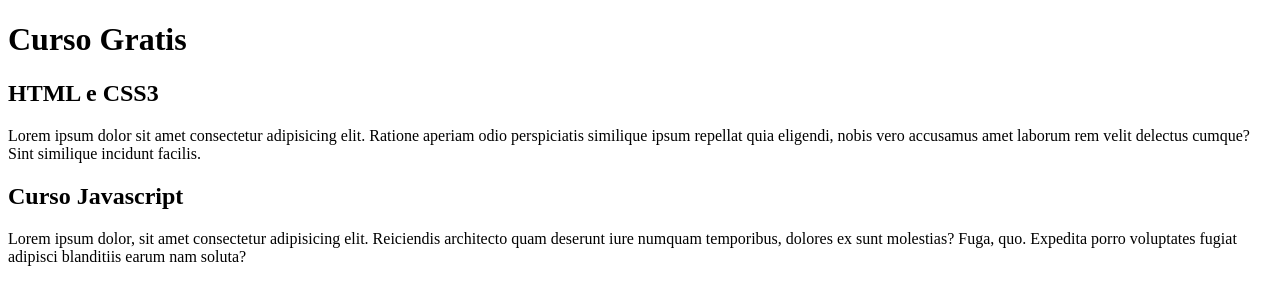
Repository: robertacristinaabreu01/projeto-siteGitHub
Page: index.html
An editor plug-in stored every save of this project. The page is shown before and after a run of saves, followed by the edit.
The browser window is 1280 px wide. The pictures show the whole page.

Above is the page before, as saved 2021-01-23 21:40:30.

### index.html
<!DOCTYPE html>
<html lang="pt-br">

<head>
    <meta charset="UTF-8">
    <meta name="viewport" content="width=device-width, initial-scale=1.0">
    <title>Titulo do Site</title>
</head>

<body>
    <main>
        <header>
            <h1>Curso Gratis</h1>
        </header>
        <article>
            <h1>HTML e CSS3</h1>
            <p>Lorem ipsum dolor sit amet consectetur adipisicing elit. Ratione aperiam odio perspiciatis similique ipsum repellat quia eligendi, nobis vero accusamus amet laborum rem velit delectus cumque? Sint similique incidunt facilis.</p>
        </article>
        <article>
            <h1>Curso Javascript</h1>
            <p>Lorem ipsum dolor, sit amet consectetur adipisicing elit. Reiciendis architecto quam deserunt iure numquam temporibus, dolores ex sunt molestias? Fuga, quo. Expedita porro voluptates fugiat adipisci blanditiis earum nam soluta?</p>
        </article>
    </main>
</body>

</html>

After the next 4 saves:
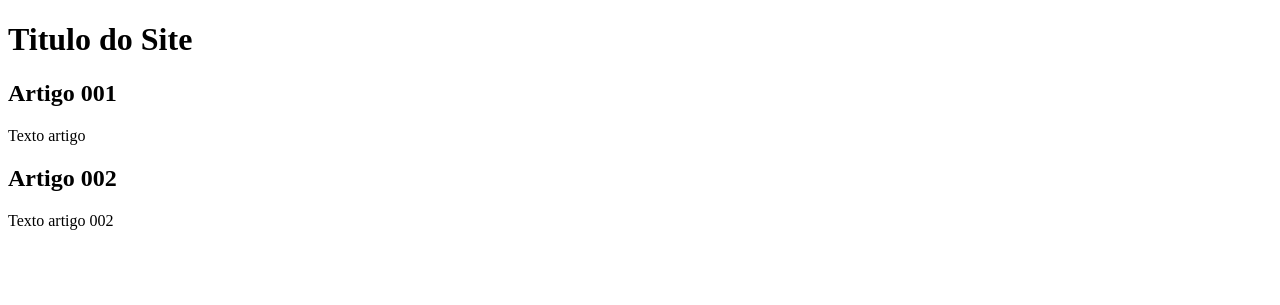
The 4 saves are shown as one change because they came seconds apart.
The last was saved 4 min 28 s later.
--- a/index.html
+++ b/index.html
@@ -5,20 +5,21 @@
     <meta charset="UTF-8">
     <meta name="viewport" content="width=device-width, initial-scale=1.0">
     <title>Titulo do Site</title>
+    <link
 </head>
 
 <body>
     <main>
         <header>
-            <h1>Curso Gratis</h1>
+            <h1>Titulo do Site</h1>
         </header>
         <article>
-            <h1>HTML e CSS3</h1>
-            <p>Lorem ipsum dolor sit amet consectetur adipisicing elit. Ratione aperiam odio perspiciatis similique ipsum repellat quia eligendi, nobis vero accusamus amet laborum rem velit delectus cumque? Sint similique incidunt facilis.</p>
+            <h1>Artigo 001</h1>
+            <p>Texto artigo</p>
         </article>
         <article>
-            <h1>Curso Javascript</h1>
-            <p>Lorem ipsum dolor, sit amet consectetur adipisicing elit. Reiciendis architecto quam deserunt iure numquam temporibus, dolores ex sunt molestias? Fuga, quo. Expedita porro voluptates fugiat adipisci blanditiis earum nam soluta?</p>
+            <h1>Artigo 002</h1>
+            <p>Texto artigo 002</p>
         </article>
     </main>
 </body>
